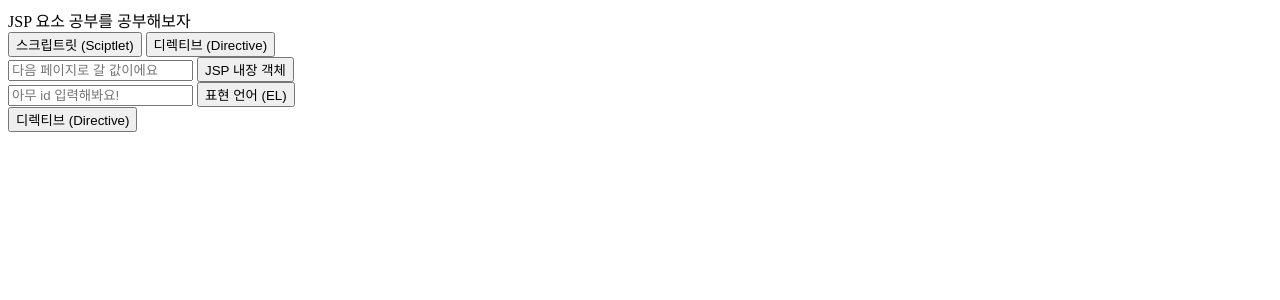
Repository: hyejux/JSP_STUDY
Page: http://localhost/JSPPractice2/
An editor plug-in stored every save of this project. The page is shown before and after the next save, followed by the edit.
The browser window is 1280 px wide. The pictures show the whole page.
The page is served by Tomcat 9.

Above is the page before, as saved 2025-01-07 16:44:00.

After the next save:
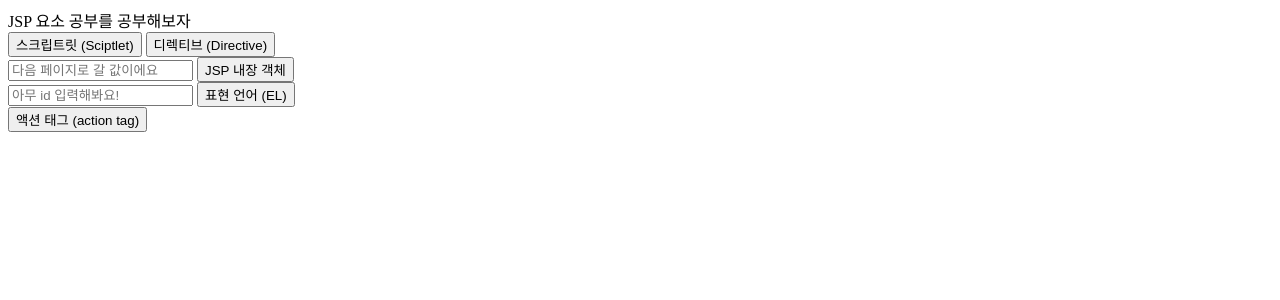
Saved 9 s later.
--- a/JSPPractice2/src/main/webapp/index.jsp
+++ b/JSPPractice2/src/main/webapp/index.jsp
@@ -26,7 +26,7 @@
 
 </form>
 
-<button type="button" onclick = "location.href='JSP_ex5.jsp'"> 디렉티브 (Directive) </button>
+<button type="button" onclick = "location.href='JSP_ex5.jsp'"> 액션 태그 (action tag) </button>
 
 
 
